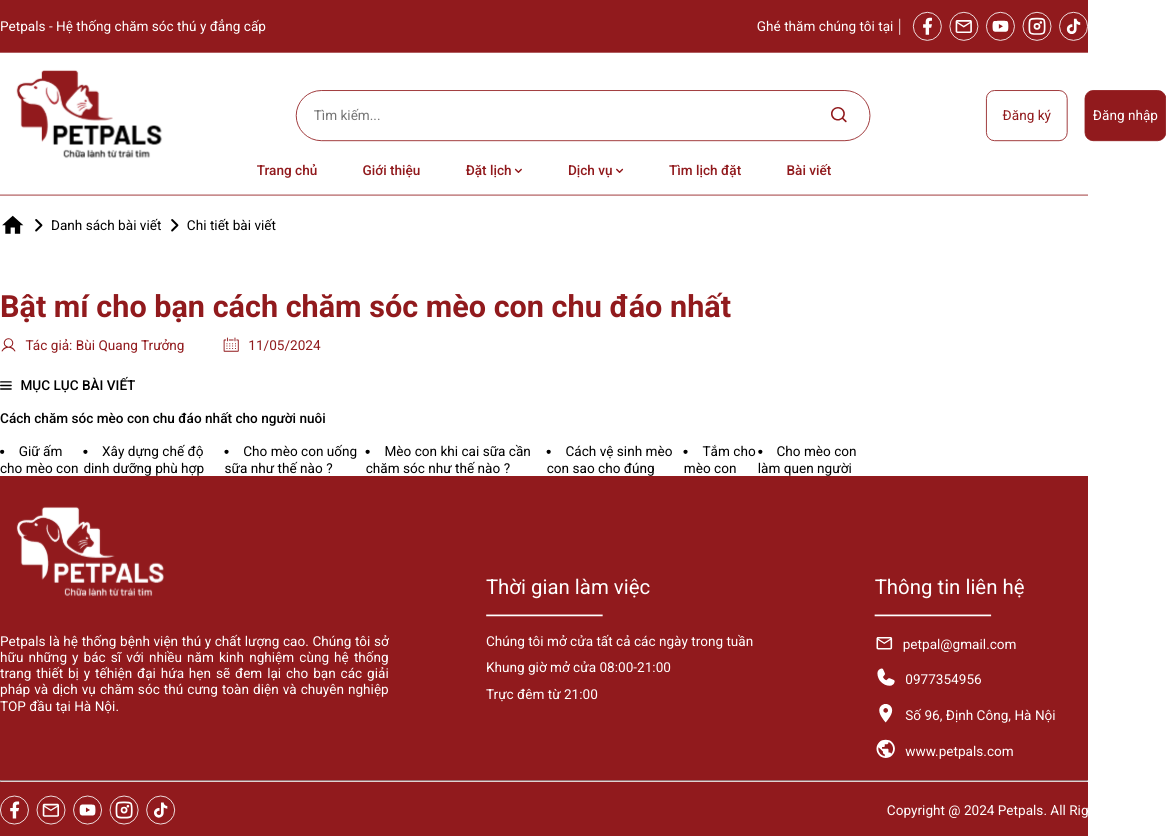
Repository: ahntrung1909/Petpals
Page: /danh-sach-bai-viet/chi-tiet-bai-viet (app in petpals-user-main/)
An editor plug-in stored every save of this project. The page is shown before and after a run of saves, followed by the edit.
The browser window is 1280 px wide. The page is 1372 px wide, so the pictures cover 1372 px, including what lies to the right of the window. The pictures show the whole page, at 85% of full size.
The project was rebuilt for these pictures with package versions that can differ from the ones it lists, and the page was loaded fresh each time. The framework's server and built-in components were replaced by stand-ins that run in the browser. Also part of the build but not shown: petpals-user-main/next.config.js, petpals-user-main/next.config.mjs.

Above is the page before, as saved 2024-04-14 17:55:36.

After the next 2 saves:
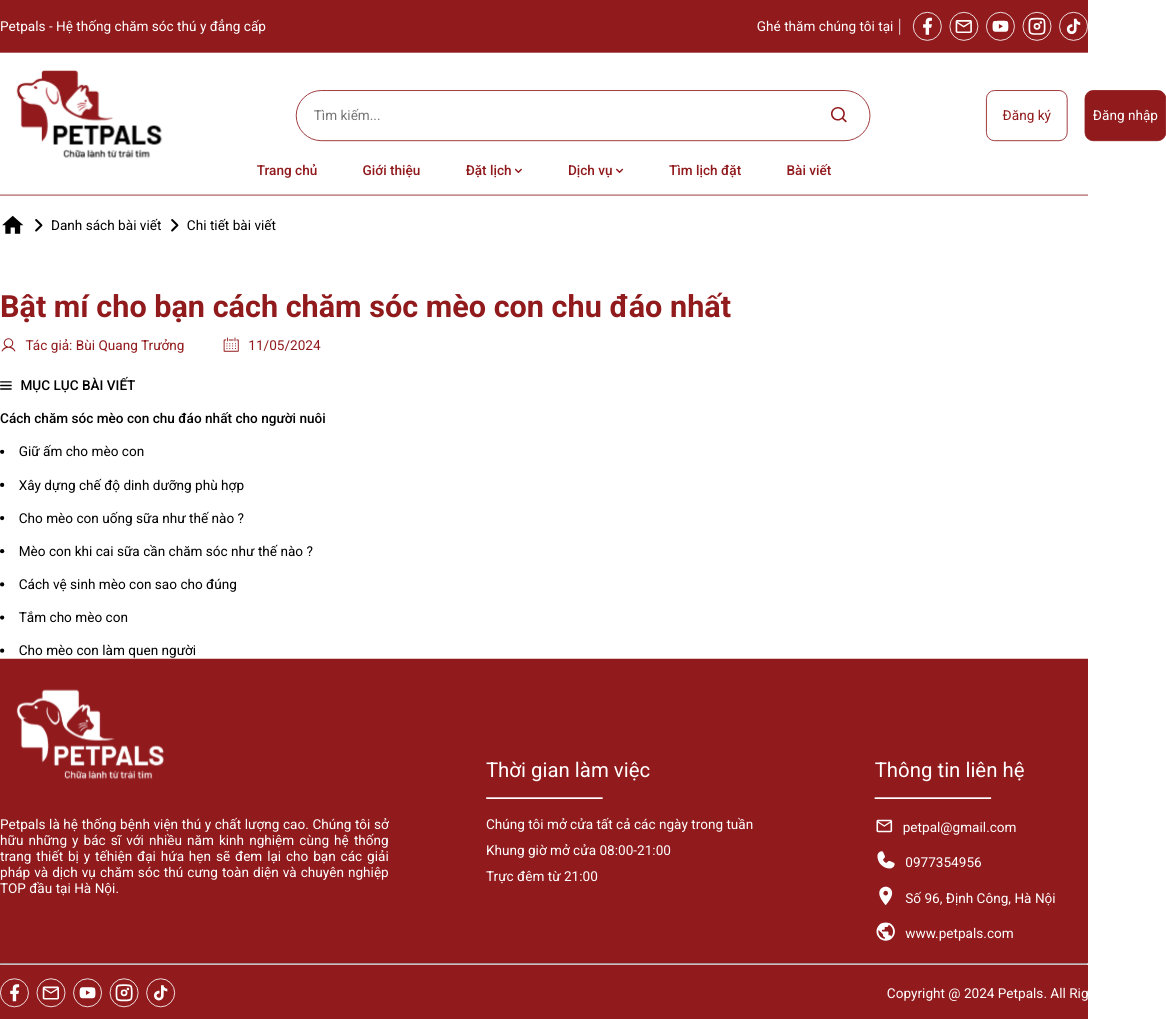
The 2 saves are shown as one change because they came seconds apart.
The last was saved 12 s later.
--- a/petpals-user-main/src/app/danh-sach-bai-viet/chi-tiet-bai-viet/style.scss
+++ b/petpals-user-main/src/app/danh-sach-bai-viet/chi-tiet-bai-viet/style.scss
@@ -39,5 +39,7 @@
   }
   ul {
     display: flex;
+    flex-direction: column;
+    gap: 20px;
   }
 }
